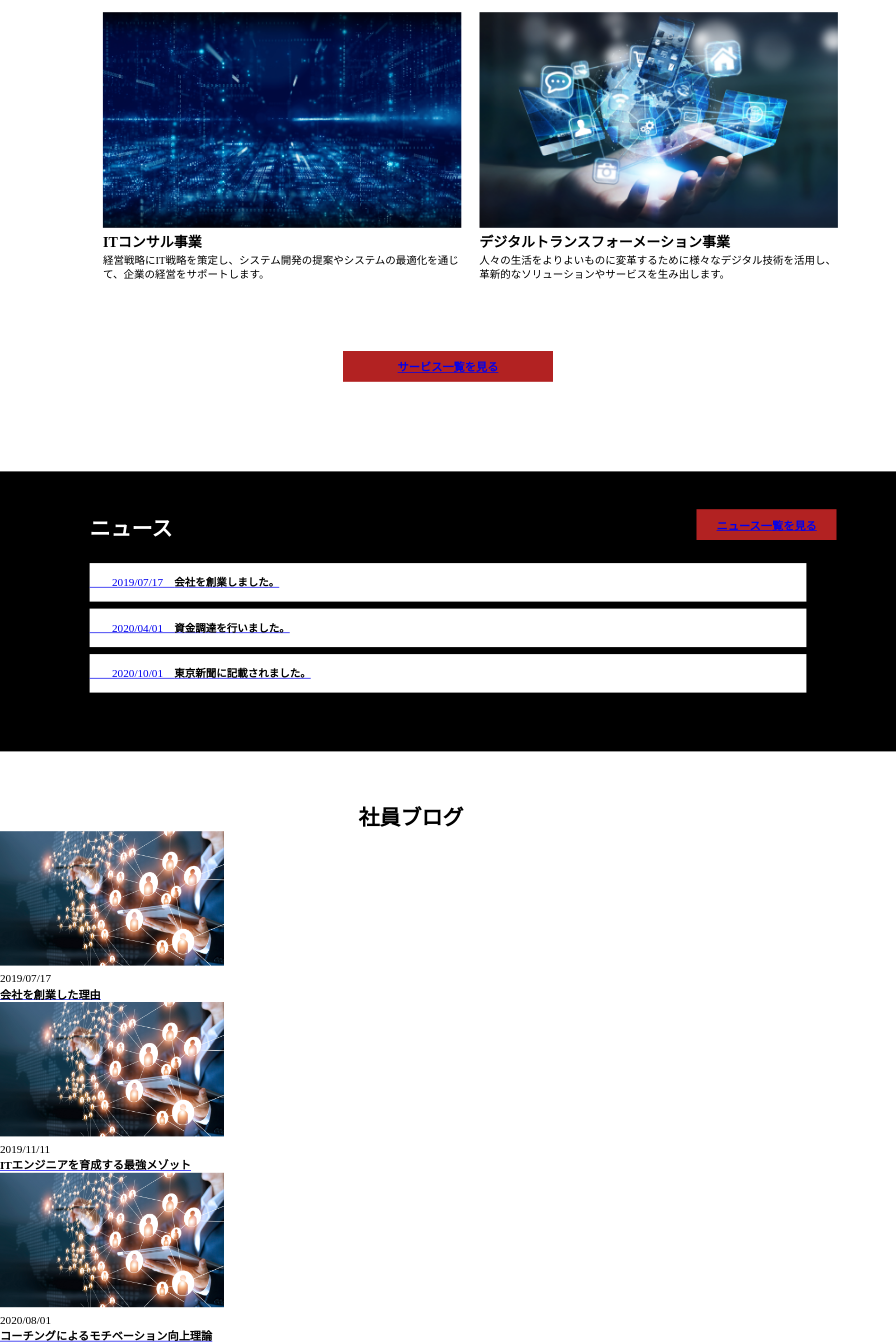
Repository: sigemasaasuka/20211012sigemasa
Page: index.html
An editor plug-in stored every save of this project. The page is shown before and after a run of saves, followed by the edit.
The browser window is 1280 px wide. The pictures show the part of the page from y = 1338 to 3258 px (the page is 3258 px tall before and 3243 px after), at 70% of full size.

Above is the page before, as saved 2021-10-19 17:59:28.

After the next 4 saves:
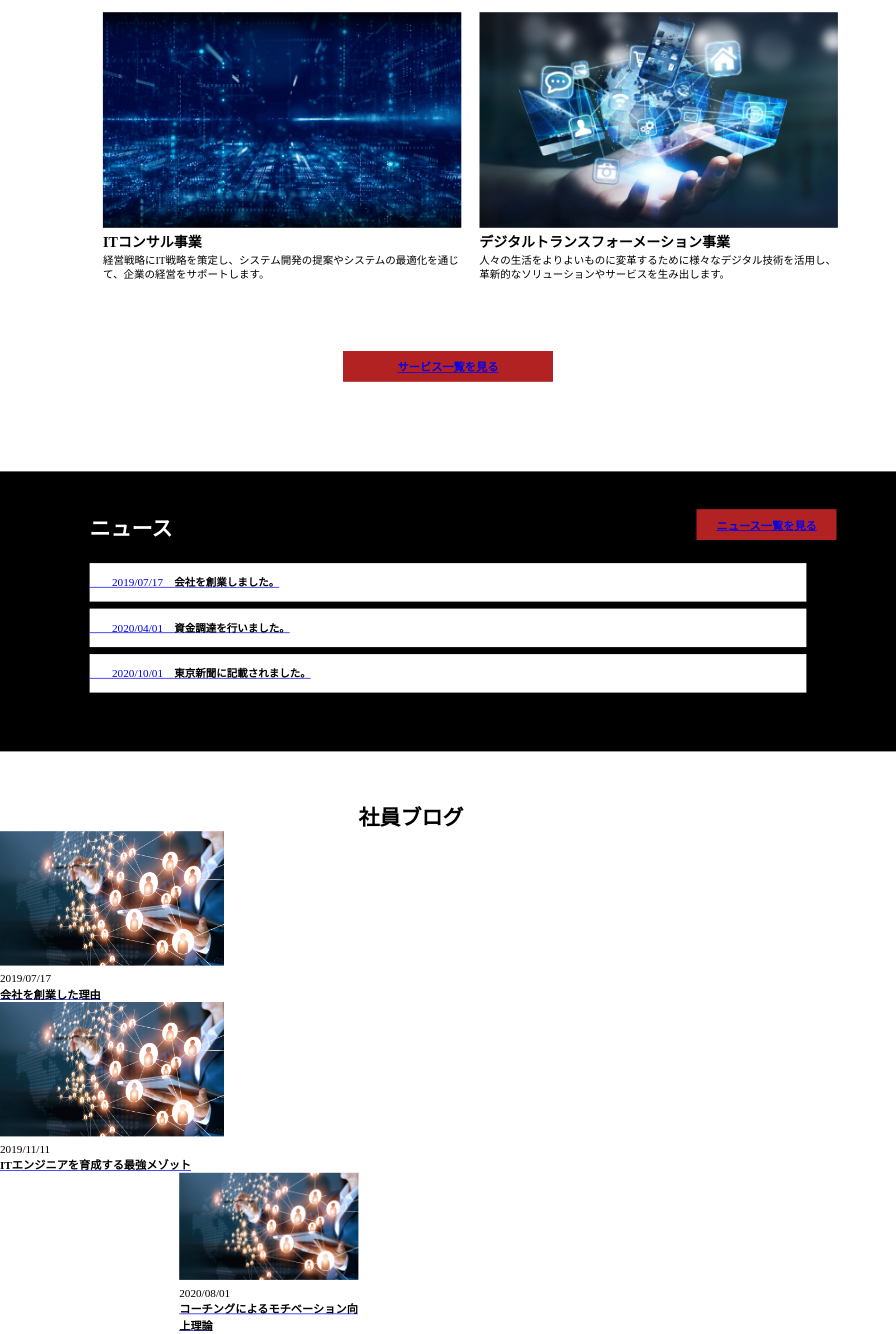
The 4 saves are shown as one change because they came seconds apart.
The last was saved 50 s later.
--- a/css/index.css
+++ b/css/index.css
@@ -313,6 +313,7 @@
   display: flex;
   justify-content: flex-start;
   flex-direction: row;
+  margin-left: 20%;
 }
 
 .coaching-png {
